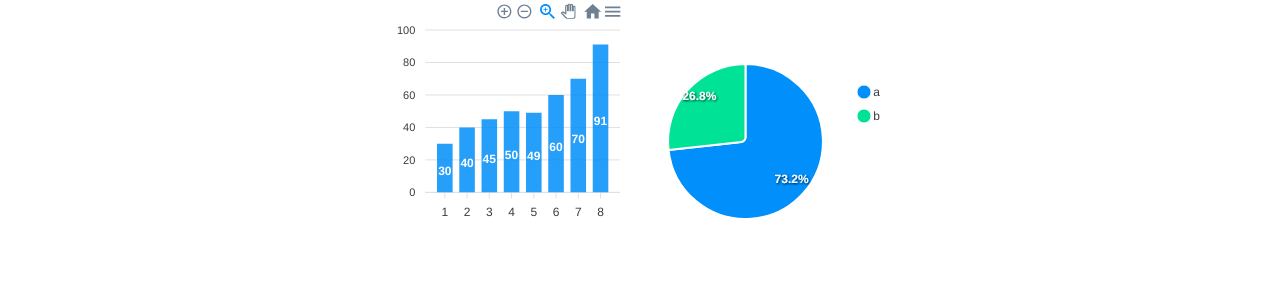
Repository: cheik253/21036
Page: /
An editor plug-in stored every save of this project. The page is shown before and after the next save, followed by the edit.
The browser window is 1280 px wide. The pictures show the whole page.
The project was rebuilt for these pictures with package versions that can differ from the ones it lists, and the page was loaded fresh each time.

Above is the page before, as saved 2024-02-20 17:18:15.

After the next save:
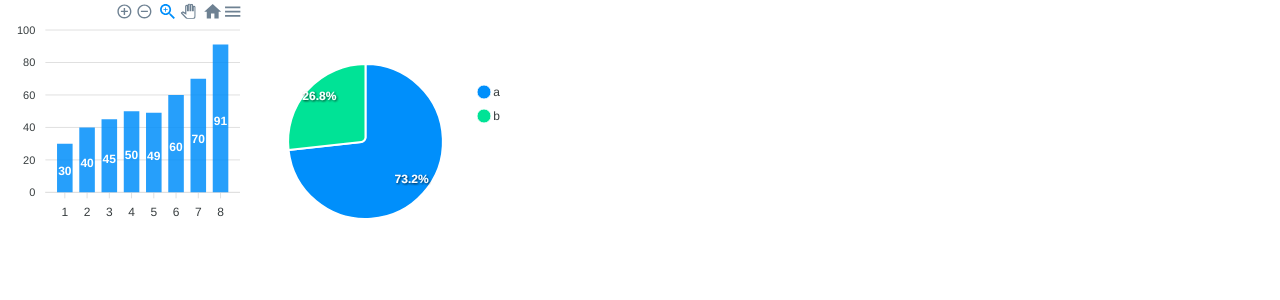
Saved 5 s later.
--- a/src/App.js
+++ b/src/App.js
@@ -1,6 +1,6 @@
 import React from 'react';
 import ReactApexChart from 'react-apexcharts';
-import './App.css';
+
 
 const App = () => {
   return (
